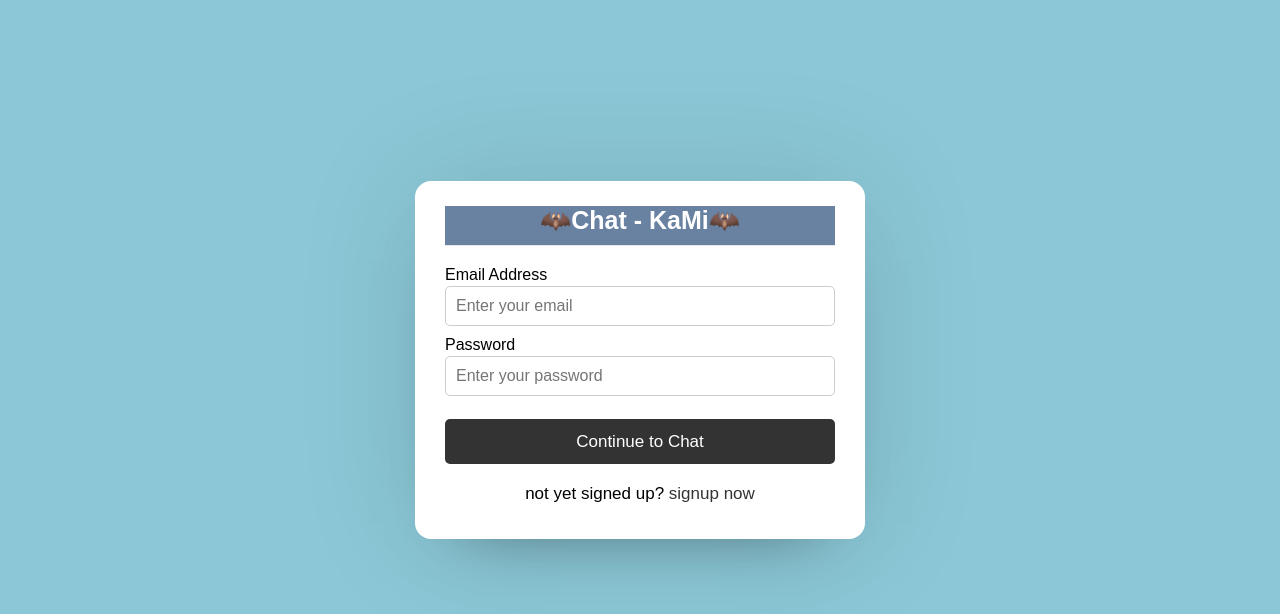
Repository: kananavy/CONQUER
Page: http://localhost/login.php
An editor plug-in stored every save of this project. The page is shown before and after the next save, followed by the edit.
The browser window is 1280 px wide. The pictures show the whole page.
The page is run by PHP 8.4 with error messages shown; the project is at /var/www/html/.

Above is the page before, as saved 2023-01-21 00:19:06.

### login.php
<?php
session_start();
if(isset($_SESSION['unique_id'])){ //if user logged in
    header("location: user.php");
}
?>
<?php include_once "header.php"; ?>
<body>
    <div class="wrapper">
        <section class="form login">
            <header>🦇Chat - KaMi🦇</header>
            <form action="#"  autocomplete="off">
                <div class="error-txt"></div>
                    <div class="field input">
                        <label>Email Address</label>
                        <input type="email" name="email" placeholder="Enter your email" >
                    </div>
                    <div class="field input">
                        <label>Password</label>
                        <input type="password" name="password" placeholder="Enter your password" >
                        <i class="fas fa-eye"></i>
                    </div>
                    <div class="field button">
                        <input type="submit" value="Continue to Chat">
                    </div>
            </form>
            <div class="link">not yet signed up? <a href="index.php">signup now</a></div>
        </section>
    </div>
    <script src="javascript/login.js"></script>
</body>
</html>

### header.php
<!DOCTYPE html>
<html lang="en">
<head>
    <meta charset="UTF-8">
    <meta http-equiv="X-UA-Compatible" content="IE=edge">
    <meta name="viewport" content="width=device-width, initial-scale=1.0">
    <title>Teste</title>
    <link rel="stylesheet" href="chat.css">
</head>

### chat.css
*{
    margin: 0;
    padding: 0;
    box-sizing: border-box;
    text-decoration: none;
    font-family: 'Poppins', sans-serif;
}
body{
    display: flex;
    align-items: center;
    justify-content: center;
    min-height: 100vh;
    background: #8bc7d6;
}
.wrapper{
    background: #fff;
    width: 450px;
    border-radius: 16px;
    box-shadow: 0 0 128px 0 rgba(0, 0, 0, 0.1),
                0 32px 64px -48px rgba(0, 0, 0, 0.5);
}

/*signup Form CSS code */
.form{
    padding: 25px 30px ;
}
.form header{
    font-size: 25px;
    font-weight: 600;
    padding-bottom: 10px;
    border-bottom: 1px solid #e6e6e6;
    color: rgb(255, 255, 255);
    text-align: center;
    background-color: rgba(41, 76, 122, 0.699);

}
.form form{
    margin: 20px 0;
}
.form form .error-txt{
    color: #721c24;
    background: #f8d7da;
    padding: 8px 10px;
    text-align: center;
    border-radius: 5px;
    margin-bottom: 10px;
    border: 1px solid #f5c6cb;
    display: none;
}
.form form .name-details{
    display: flex;
}
form .name-details .field:first-child{
    margin-right: 10px;
}
form .name-details .field:last-child{
    margin-left: 10px;
}
.form form .field{
    display: flex;
    flex-direction: column;
    margin-bottom: 10px;
}
.form form .field label{
    margin-bottom: 2px;
}
.form form .field input{
    outline: none;
}
.form form .input input{
    height: 40px;
    width: 100%;
    font-size:16px;
    padding: 0 10px;
    border: 1px solid#ccc;
    border-radius: 5px;
}
.form form .image input{
    font-size: 17px;
}
.form form .button input{
    margin-top: 13px;
    height: 45px;
    border: none;
    font-size: 17px;
    font-weight: 400;
    background: #333;
    color: #fff;
    border-radius: 5px;
    cursor: pointer;
}
.form .link{
    text-align: center;
    margin: 10px 0;
    font-size: 17px;
}
.form .link a{
    color: #333;
}
.form .link a:hover{
    text-decoration: underline;
}

/* Users Area CSS code */
.users{
    padding: 25px 30px;
}
.users header,
.users-list a{
    display: flex;
    align-items: center;
    padding-bottom: 20px;
    justify-content: space-between;
    border-bottom: 1px solid #e6e6e6;
}
.wrapper img{
    object-fit: cover;
    border-radius: 50%;
}
:is(.users, .users-list) .content{
    display: flex;
    align-items: center;
}
.users header .content img{
    height: 50px;
    width: 60px;
}
:is(.users, .users-list) .details{
    color: #000;
    margin-left: 15px;
}
:is(.users, .users-list) .details span{
    font-size:18px ;
    font-weight: 500;
}
.users header .logout{
  color: #fff;
  font-size: 17px;
  padding: 7px 15px;
  background: #333;
  border-radius: 5px;
}
.users .search{
    margin: 20px 0;
    display: flex;
    position: relative;
    align-items: center;
    justify-content: space-between;
}
.users .search .text{
    font-size: 18px;
}
.users .search input{
    position: absolute;
    height: 42px;
    width: calc(100% - 50px);
    border: 1px solid #ccc;
    padding: 0 13px ;
    font-size: 16px;
    border-radius: 5px 0 0 5px;
    outline: none;
    opacity: 0;
    pointer-events: none;
    transition: all 0.3s ease;
}
.users .search input.active{
    opacity: 1;
    pointer-events: auto;
}
.users .search button{
    width: 47px;
    height: 42px;
    border: none;
    outline: none;
    color: #333;
    background: #fff;
    cursor: pointer;
    font-size: 17px;
    border-radius: 0 5px 5px 0;
    transition: all 0.2s ease;

}
.users .search button.active{
    color: #fff;
    background: #333;
}
.users-list{
    max-height: 300px;
    overflow: auto;
}
:is(.users-list, .chat-box)::-webkit-scrollbar{
    width: 0px;

}
.users-list a{
    padding-right: 15px;
    margin-bottom: 15px;
    padding-right: 10px;
}
.users-list a .content img{
    height: 40px;
    width: 40px;
    border-bottom-color: #f1f1f1;
}
.users-list a .content p{
    color: #67676a;
}
.users-list a:last-child{
    border:none;
    margin-bottom: 0px;
}
.users-list a .status-dot{
    font-size: 15px;
    color: #05b43f;
}
/* We'll use this class name in phpto show offline status */
.users-list a .status-dot.offline{
   color: rgb(43, 32, 32);
   visibility: hidden;
}

/* Chat Area VSS code */
.chat-area header{
    display: flex;
    align-items: center;
    padding: 18px 30px;
}
.chat-area header .back-icon{
    font-size: 18px;
    color: #333;
}
.chat-area header img{
    height: 45px;
    width: 45px;
    margin: 0 15px;
}
.chat-area header span{
    font-size: 17px;
    font-weight: 500;
}
.chat-box{
    height: 400px;
    overflow: auto;
    background: #f7f7f7;
    padding: 10x 30px 20px 30px;
    box-shadow: inset 0 32px 32px -32px rgb(0 0 0 /5%),
                inset 0 32px 32px -32px rgb(0 0 0 /5%);
}
.chat-box .chat{
    margin: 15px 0;
}
.chat-box .chat p{
    word-wrap: break-word;
   padding: 8px 16px;
   box-shadow: 0 0 32px rgb(0 0 0 / 8%),
                0 16px 16px -16px rgb(0 0 0 / 10%);
}
.chat-box .outgoing{
    display: flex;
    align-items: flex-end;
}
.outgoing .details{
    margin-left: 10px;
    margin-right: auto;
    max-width: calc(100% - 130px);
}
.outgoing .details p{
    background: rgb(52, 51, 134);
    color: #fff;
    border-radius: 18px 18px 18px 0;
}
.chat-box .incoming{
    display: flex;
    /* align-items: flex-end; */
}
.chat-box .outgoing img{
    height: 35px;
    width: 35px;
}
.incoming .details{
    margin-right: 10px;
    margin-left: auto;
    max-width: calc(100% - 130px);
}
.incoming .details{
    background: #333;
    color: #fff;
    border-radius: 18px 18px 0 18px;
}
.chat-area .typing-area{
    padding: 18px 30px;
    display: flex;
    justify-content: space-between;
}
.typing-area input{
    height: 45px;
    width: calc(100% - 58px);
    font-size: 17px;
    border: 1px solid #ccc;
    padding: 0 13px;
    border-radius: 5px 0 0 5px;
    outline: none;
}
.typing-area button{
    width: 55px;
    border: none;
    outline: none;
    background: #333;
    color: #fff;
    border-radius: 0 5px 5px 0;
}

### javascript/login.js
const form = document.querySelector(".login form"),
continueBtn = form.querySelector(".button input"),
errorText = form.querySelector(".error-txt");

form.onsubmit = (e)=>{
    e.preventDefault(); //preventing form form submitting
}

continueBtn.onclick = ()=>{
// let's start Ajax
    let xhr = new XMLHttpRequest(); //creating XML object
    xhr.open("POST", "php/login.php", true);
    xhr.onload = ()=>{
        if(xhr.readyState === XMLHttpRequest.DONE){
            if(xhr.status === 200){
                let data = xhr.response;
                console.log(data);
                if(data == "success"){
                    location.href = "user.php";
                }else{
                    errorText.textContent = data;
                    errorText.style.display = "block";
                }
            }
        }
    }
    // we have to send the form date thought ajax to php
    let formData = new FormData(form); //crating new formData Object
    xhr.send(formData); //Sending the form data to php
}

After the next save:
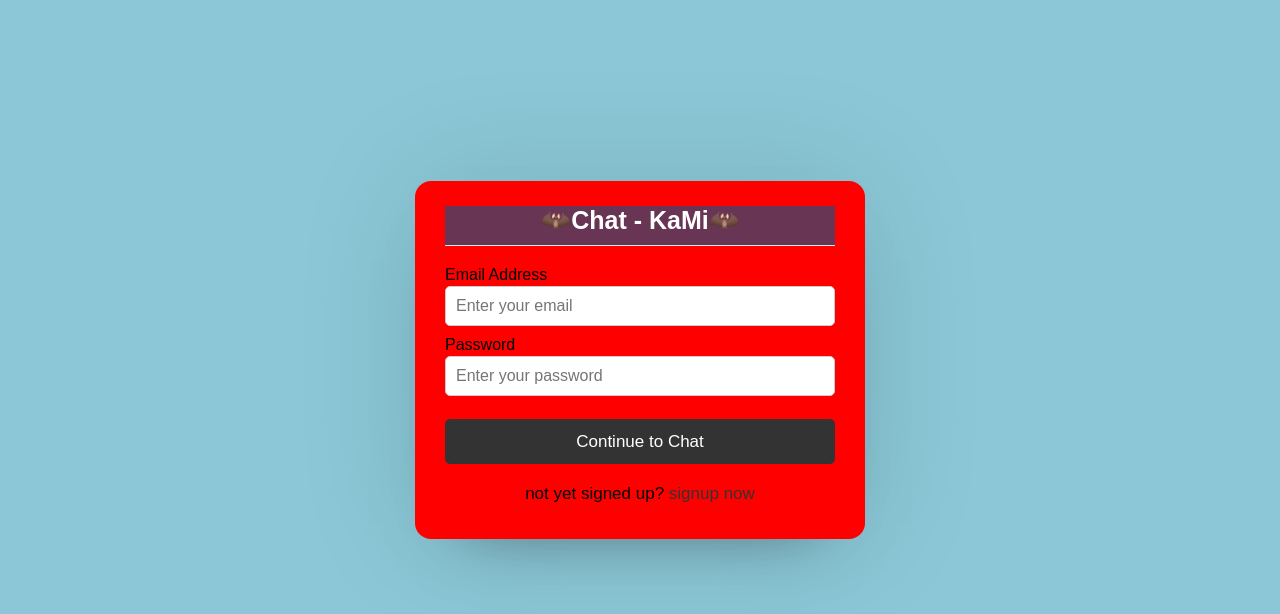
Saved 13 s later.
--- a/chat.css
+++ b/chat.css
@@ -13,7 +13,7 @@
     background: #8bc7d6;
 }
 .wrapper{
-    background: #fff;
+    background: rgb(255, 0, 0);
     width: 450px;
     border-radius: 16px;
     box-shadow: 0 0 128px 0 rgba(0, 0, 0, 0.1),

After the save that followed:
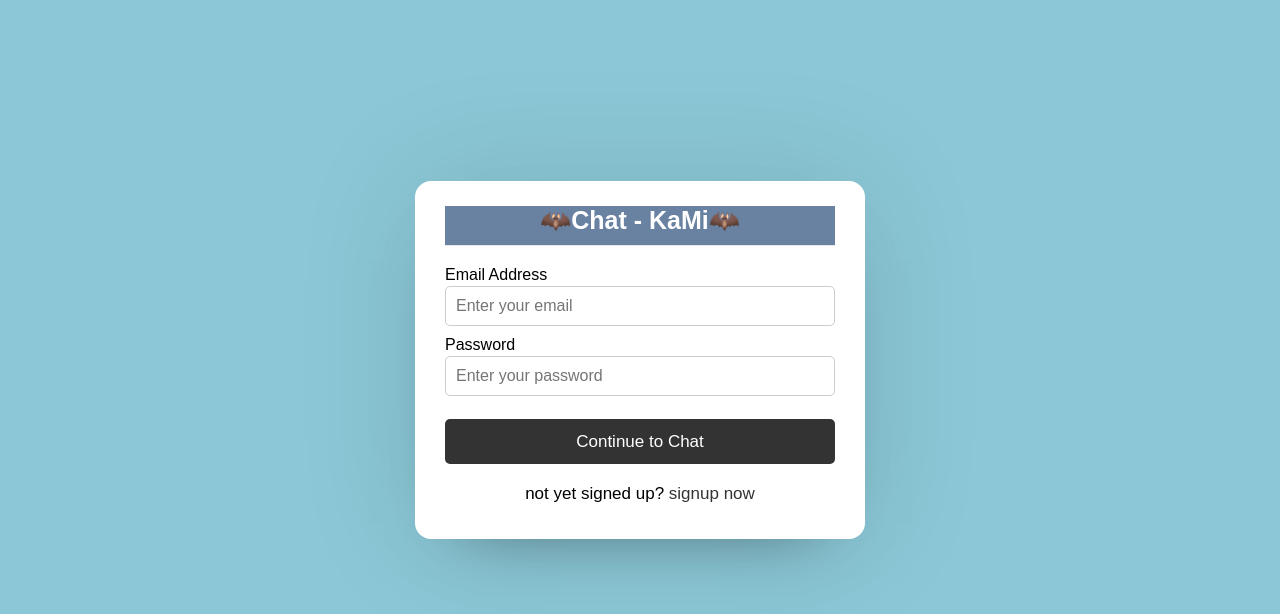
Saved 9 s later.
--- a/chat.css
+++ b/chat.css
@@ -13,7 +13,7 @@
     background: #8bc7d6;
 }
 .wrapper{
-    background: rgb(255, 0, 0);
+    background: #fff;
     width: 450px;
     border-radius: 16px;
     box-shadow: 0 0 128px 0 rgba(0, 0, 0, 0.1),
